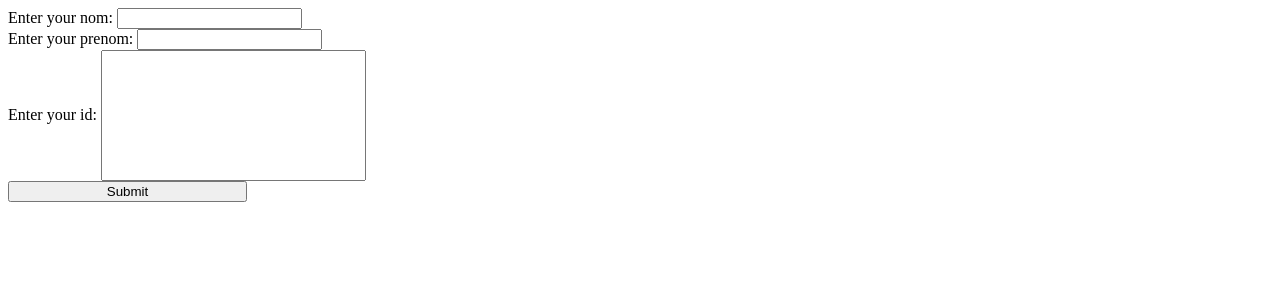
Repository: MacCampers/java-stuff
Page: http://localhost/TPJSP2/page1.jsp
The author's editor kept a copy of each file at every save. The page is drawn from the files as they stood at one save, then again after the next save.
The browser window is 1280 px wide. The pictures show the whole page.
The page is served by Tomcat 9.

Above is the page before, as saved 2020-02-06 13:30:18.

After the next save:
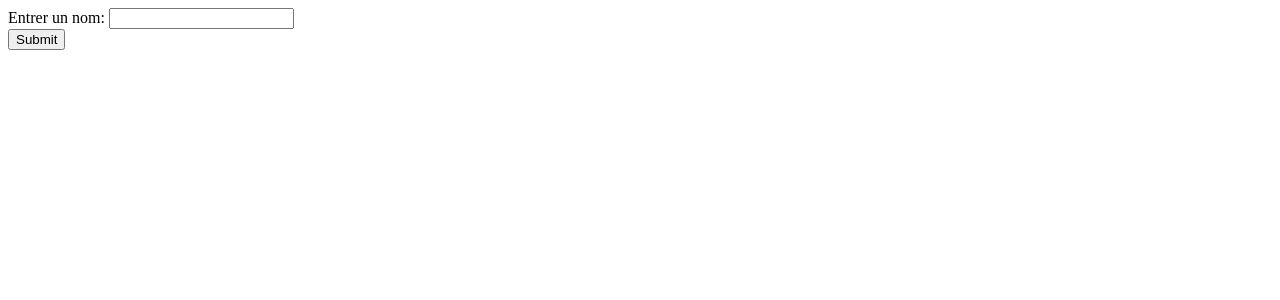
Saved 29 s later.
--- a/workspaceJSP/TPJSP2/WebContent/page1.jsp
+++ b/workspaceJSP/TPJSP2/WebContent/page1.jsp
@@ -9,19 +9,11 @@
 <body>
 <form action="Servlet1" method="post">
   <div class="form-example">
-    <label for="name">Enter your nom: </label>
+    <label for="name">Entrer un nom: </label>
     <input type="text" name="nom" required>
   </div>
   <div class="form-example">
-    <label for="email">Enter your prenom: </label>
-    <input type="text" name="prenom" required>
-  </div>
-    <div class="form-example">
-    <label for="age">Enter your id: </label>
-    <input type="number" name="id" required style="width: 257px; height: 125px">
-  </div>
-  <div class="form-example">
-    <input type="submit" value="Submit" style="width: 239px; ">
+    <input type="submit" value="Submit">
   </div>
 </form>
 
